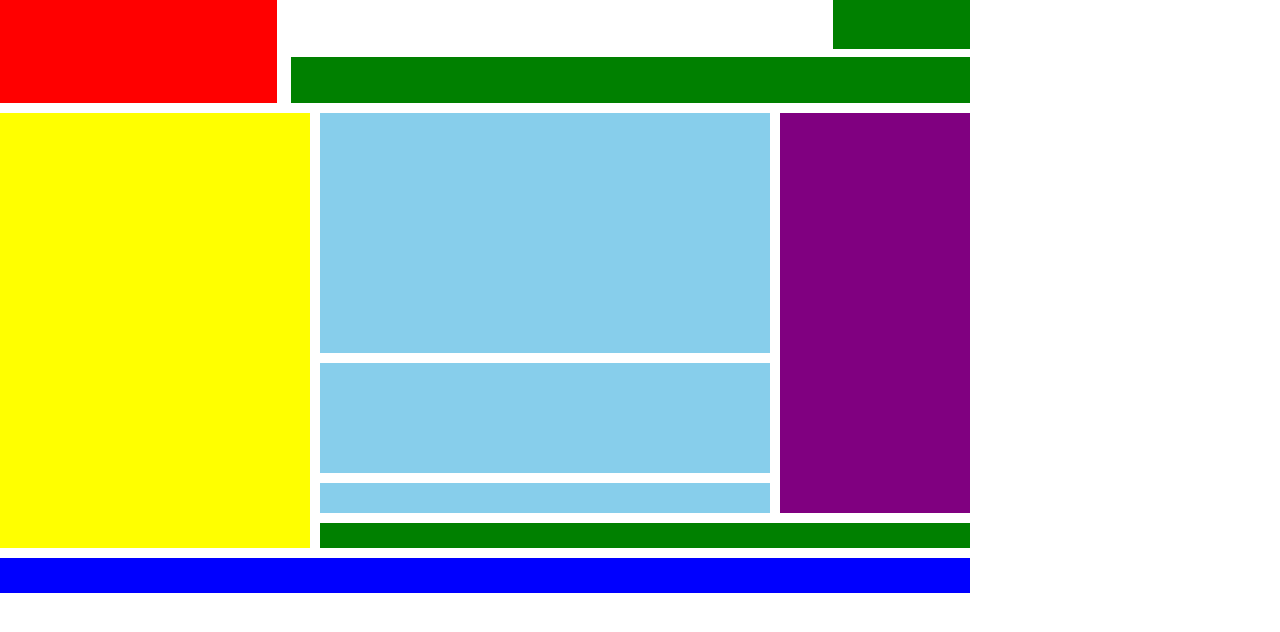
Repository: KaibutsuSama/CodePracticeExample
Page: Html5+Css3/Css3/04.浮动/03.homework.html
The author's editor kept a copy of each file at every save. The page is drawn from the files as they stood at one save, then again after the next save.
The browser window is 1280 px wide. The pictures show the whole page.

Above is the page before, as saved 2023-01-29 23:47:38.

After the next save:
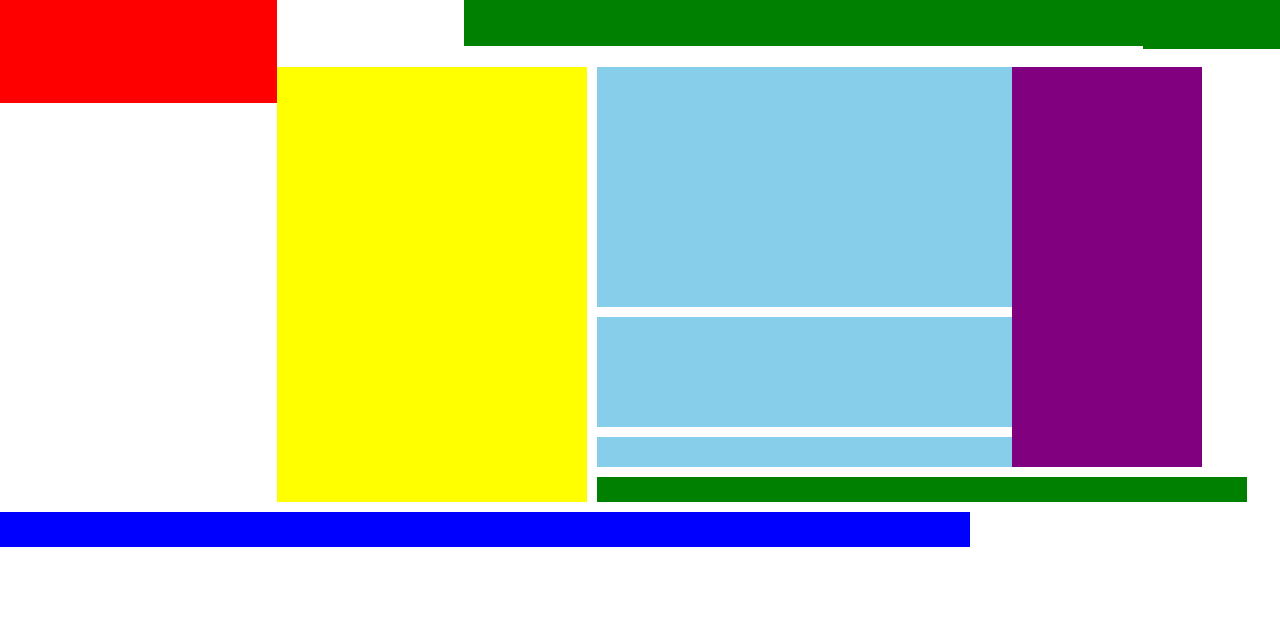
Saved 8 s later.
--- a/Html5+Css3/Css3/04.浮动/03.homework.html
+++ b/Html5+Css3/Css3/04.浮动/03.homework.html
@@ -9,7 +9,6 @@
         *{
             padding: 0;
             margin: 0;
-            width: 970px;
         }
 
         .header{
